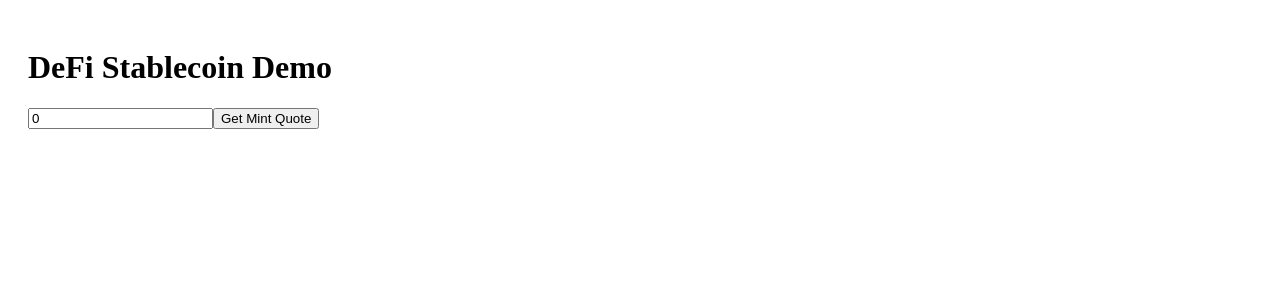
Repository: hariom2509/personal-projects
Page: / (app in frontend/)
These files come from the project's save history. The page is drawn as it stood at one moment and after the next save; the edit follows.
The browser window is 1280 px wide. The pictures show the whole page.
The project was rebuilt for these pictures with package versions that can differ from the ones it lists, and the page was loaded fresh each time. Also part of the build but not shown: frontend/src/App.css.

Above is the page before, as saved 2025-09-05 03:01:06.

### frontend/public/index.html
<!doctype html>
<html>
  <head>
    <meta charset="utf-8" />
    <title>DeFi Stablecoin Demo</title>
  </head>
  <body>
    <div id="root"></div>
    <script src="/static/js/bundle.js"></script>
  </body>
</html>

### frontend/src/App.js
import React, {useState} from 'react';
import './App.css';

function App() {
  const [eth, setEth] = useState(0);
  const [quote, setQuote] = useState(null);

  const getQuote = async () => {
    const res = await fetch('/api/mint_quote', {method:'POST', headers:{'Content-Type':'application/json'}, body: JSON.stringify({eth_amount: parseFloat(eth)})});
    const data = await res.json();
    setQuote(data);
  }

  return (
    <div style={{padding:20}}>
      <h1>DeFi Stablecoin Demo</h1>
      <div>
        <input type="number" value={eth} onChange={e=>setEth(e.target.value)} step="0.1"/>
        <button onClick={getQuote}>Get Mint Quote</button>
      </div>
      {quote && <div><h3>Mint: {quote.usd_to_mint} uUSD</h3></div>}
    </div>
  );
}

export default App;

Loaded but not shown: frontend/src/index.js (common file)

After the next save:
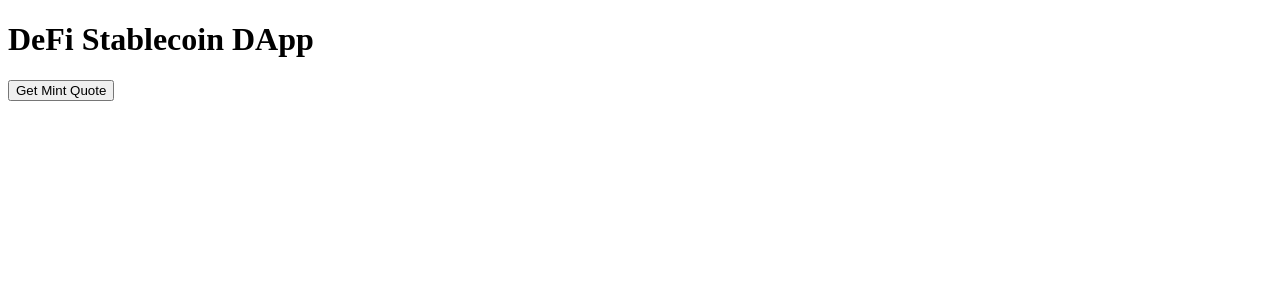
Saved 3 s later.
--- a/frontend/src/App.js
+++ b/frontend/src/App.js
@@ -1,24 +1,32 @@
-import React, {useState} from 'react';
-import './App.css';
+import React, { useState } from "react";
 
 function App() {
-  const [eth, setEth] = useState(0);
   const [quote, setQuote] = useState(null);
 
-  const getQuote = async () => {
-    const res = await fetch('/api/mint_quote', {method:'POST', headers:{'Content-Type':'application/json'}, body: JSON.stringify({eth_amount: parseFloat(eth)})});
+  const getMintQuote = async () => {
+    const res = await fetch("/api/mint_quote", {
+      method: "POST",
+      headers: { "Content-Type": "application/json" }
+    });
     const data = await res.json();
     setQuote(data);
-  }
+  };
 
   return (
-    <div style={{padding:20}}>
-      <h1>DeFi Stablecoin Demo</h1>
-      <div>
-        <input type="number" value={eth} onChange={e=>setEth(e.target.value)} step="0.1"/>
-        <button onClick={getQuote}>Get Mint Quote</button>
-      </div>
-      {quote && <div><h3>Mint: {quote.usd_to_mint} uUSD</h3></div>}
+    <div className="App">
+      <h1>DeFi Stablecoin DApp</h1>
+      <button onClick={getMintQuote}>Get Mint Quote</button>
+
+      {quote && (
+        <div style={{ marginTop: "20px", textAlign: "left" }}>
+          <h3>Mint Quote</h3>
+          <p>Collateral: {quote.collateral}</p>
+          <p>Amount: {quote.amount} {quote.collateral}</p>
+          <p>Mintable uUSD: {quote.mintable_uUSD}</p>
+          <p>Price: ${quote.price}</p>
+          <p>Time: {quote.timestamp}</p>
+        </div>
+      )}
     </div>
   );
 }
